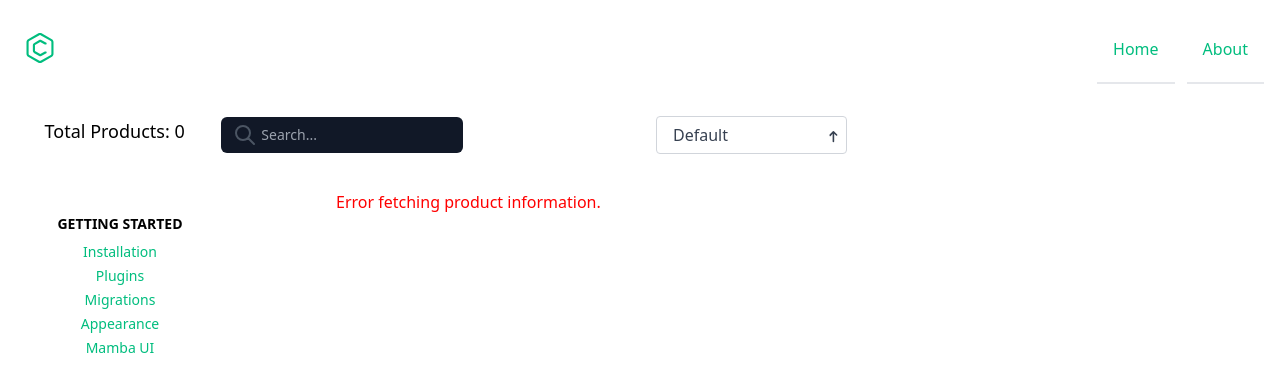
Repository: loktioncode/vectra-shop
Page: /
The author's editor kept a copy of each file at every save. The page is drawn from the files as they stood at one save, then again after the next save.
The browser window is 1280 px wide. The pictures show the whole page.
The page's requests for data from a server got no answer. The project was rebuilt for these pictures with package versions that can differ from the ones it lists, and the page was loaded fresh each time. No one was signed in, and anything a server would have sent is missing. Also part of the build but not shown: vite.config.ts, src/components/ProductCard.vue. Imported but missing from the stored project, and not drawn on this page: src/components/Counter.vue.

Above is the page before, as saved 2023-09-20 17:13:35.

After the next save:
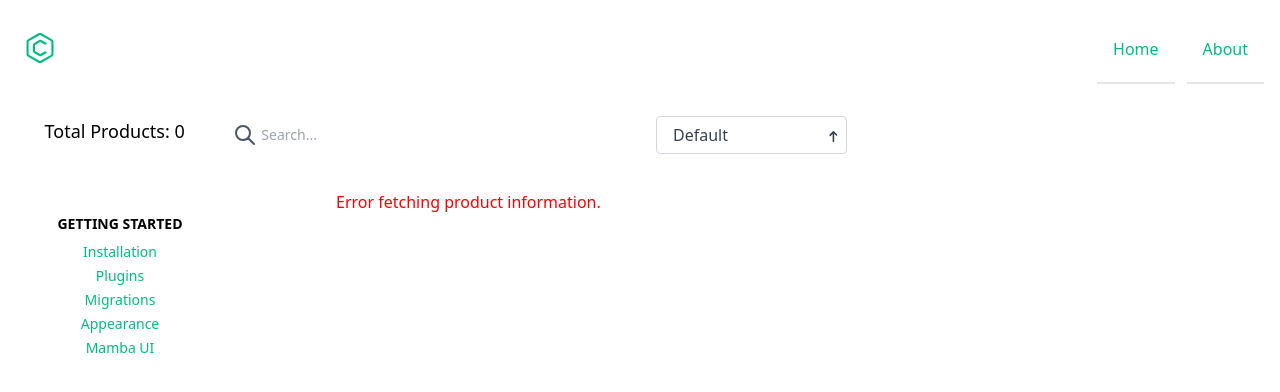
Saved 19 s later.
--- a/src/components/Filters.vue
+++ b/src/components/Filters.vue
@@ -40,7 +40,7 @@
           <svg fill="none" stroke="currentColor" stroke-linecap="round" stroke-linejoin="round" stroke-width="2" viewBox="0 0 24 24" class="w-6 h-6"><path d="M21 21l-6-6m2-5a7 7 0 11-14 0 7 7 0 0114 0z"></path></svg>
         </button>
       </span>
-      <input type="search" name="q" class="py-2 text-sm text-white bg-gray-900 rounded-md pl-10 focus:outline-none focus:bg-white focus:text-gray-900" placeholder="Search..." autocomplete="off">
+      <input type="search" name="q" class="py-2 text-sm text-black  rounded-md pl-10 focus:outline-none focus:bg-white focus:text-gray-900" placeholder="Search..." autocomplete="off">
     </div>
 
 
